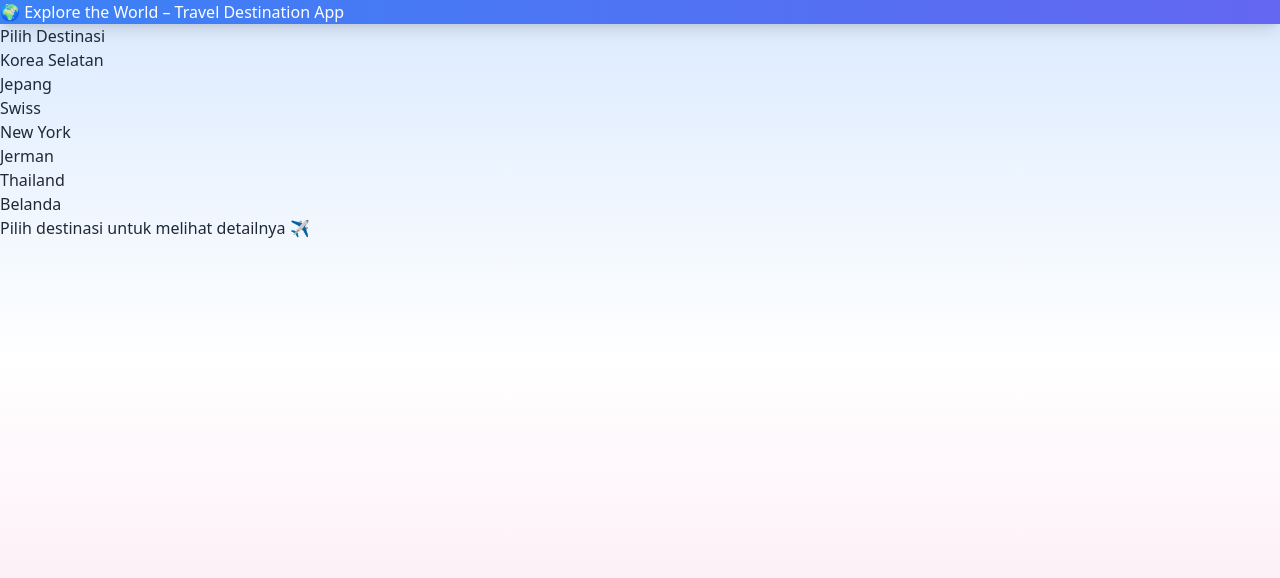
Repository: clara20050224/TravelDestination
Page: /
These files come from the project's save history. The page is drawn as it stood at one moment and after the next save; the edit follows.
The browser window is 1280 px wide. The pictures show the whole page.
The project was rebuilt for these pictures with package versions that can differ from the ones it lists, and the page was loaded fresh each time.

Above is the page before, as saved 2025-10-28 21:23:13.

### index.html
<!DOCTYPE html>
<html lang="en">
  <head>
    <meta charset="UTF-8" />
    <link rel="icon" type="image/svg+xml" href="/vite.svg" />
    <meta name="viewport" content="width=device-width, initial-scale=1.0" />
    <title>Travel Destination App</title>
  </head>
  <body>
    <div id="root"></div>
    <script type="module" src="/src/main.jsx"></script>
  </body>
</html>

### src/App.jsx
import React, { useState } from "react";
import Header from "./components/Header";
import DestinationList from "./components/DestinationList";
import DestinationDetail from "./components/DestinationDetail";

export default function App() {
  const [selectedDestination, setSelectedDestination] = useState(null);

  const destinations = [
    {
      name: "Korea Selatan",
      description: "Negeri ginseng dengan budaya K-pop dan kuliner khas seperti kimchi.",
      image: "https://asset.kompas.com/crops/MEgSzm2u7Yob7JmbQ4GEns53NOg=/0x0:780x520/1200x800/data/photo/2020/09/30/5f749b2c7a20f.png",
    },
    {
      name: "Jepang",
      description: "Negeri sakura dengan teknologi maju dan keindahan kuil tradisional.",
      image: "https://www.peduliwni.com/wp-content/uploads/2023/11/ciri-khas-negara-Jepang.jpg",
    },
    {
      name: "Swiss",
      description: "Negara dengan pegunungan Alpen dan cokelat terbaik di dunia.",
      image: "https://static.promediateknologi.id/crop/0x0:0x0/0x0/webp/photo/p2/117/2023/10/23/55415861-e734-4166-917e-667381f53a57-2908549507.jpg",
    },
    {
      name: "New York",
      description: "Kota yang tidak pernah tidur, pusat budaya dan ekonomi dunia.",
      image: "https://suratdunia.com/wp-content/uploads/sd_old/article/picture/43/new-york-city-Earth-768x414.jpg",
    },
    {
      name: "Jerman",
      description: "Negeri dengan sejarah panjang, kastil indah, dan sosis bratwurst.",
      image: "hhttps://isdayanaputrifinal.wordpress.com/wp-content/uploads/2017/04/wisata-jerman.png?w=584",
    },
    {
      name: "Thailand",
      description: "Negara tropis penuh kuliner lezat dan pantai yang eksotis.",
      image: "https://ik.imagekit.io/tvlk/blog/2025/02/bangkok-mob.png",
    },
    {
      name: "Belanda",
      description: "Negara kincir angin dan bunga tulip yang mempesona.",
      image: "https://img.okezone.com/content/2021/09/20/18/2473841/peneliti-belanda-negara-tertinggi-di-dunia-warganya-semakin-pendek-dfSJvwVGZU.jpg",
    },
  ];

  return (
    <div className="min-h-screen bg-gradient-to-b from-blue-50 to-blue-100 p-6">
      <Header />
      <div className="grid grid-cols-1 md:grid-cols-2 gap-6 mt-6">
        <DestinationList
          destinations={destinations}
          onSelect={setSelectedDestination}
        />
        <DestinationDetail destination={selectedDestination} />
      </div>
    </div>
  );
}

### src/index.css
@tailwind base;
@tailwind components;
@tailwind utilities;

/* 🌍 Custom styles */
body {
  @apply bg-gradient-to-b from-blue-100 via-white to-pink-100
         min-h-screen font-sans text-gray-800;
}

/* Header Styling */
header {
  @apply bg-gradient-to-r from-blue-500 to-indigo-500 text-white shadow-lg;
}

/* Destination Card Styling */
.destination-card {
  @apply bg-white rounded-2xl shadow-md hover:shadow-xl transition-shadow duration-300
         transform hover:scale-105 cursor-pointer;
}

/* Image styling */
.destination-card img {
  @apply w-full h-48 object-cover rounded-t-2xl;
}

/* Destination Title */
.destination-title {
  @apply text-lg font-semibold text-gray-800 mt-3 mb-1;
}

/* Destination Country */
.destination-country {
  @apply text-sm text-gray-500;
}

/* Active Card (Selected Destination) */
.active-card {
  @apply ring-4 ring-blue-400;
}

/* Detail Section */
.destination-detail {
  @apply bg-white p-6 rounded-2xl shadow-xl mt-6 animate-fadeIn;
}

/* Animation */
@keyframes fadeIn {
  from {
    opacity: 0;
    transform: translateY(20px);
  }
  to {
    opacity: 1;
    transform: translateY(0);
  }
}

.animate-fadeIn {
  animation: fadeIn 0.4s ease-in-out;
}

/* Button Style */
.button-primary {
  @apply bg-blue-500 hover:bg-blue-600 text-white px-4 py-2 rounded-lg shadow-md
         transition duration-300 ease-in-out;
}

/* Responsive grid for DestinationList */
.grid-destinations {
  @apply grid grid-cols-1 sm:grid-cols-2 md:grid-cols-3 lg:grid-cols-4 gap-6 mt-6;
}

/* Footer (optional aesthetic) */
footer {
  @apply text-center text-gray-500 text-sm mt-10 pb-6;
}

### src/components/Header.jsx
import React from "react";

export default function Header() {
  return (
    <header className="text-center text-3xl font-bold text-blue-700">
      🌍 Explore the World – Travel Destination App
    </header>
  );
}

### src/components/DestinationList.jsx
import React from "react";

export default function DestinationList({ destinations, onSelect }) {
  return (
    <div className="bg-white rounded-2xl shadow-lg p-4">
      <h2 className="text-2xl font-semibold mb-4 text-gray-700">Pilih Destinasi</h2>
      <ul className="space-y-3">
        {destinations.map((dest, index) => (
          <li
            key={index}
            className="p-3 rounded-xl cursor-pointer hover:bg-blue-100 transition"
            onClick={() => onSelect(dest)}
          >
            <span className="font-medium text-gray-800">{dest.name}</span>
          </li>
        ))}
      </ul>
    </div>
  );
}

### src/components/DestinationDetail.jsx
import React from "react";

export default function DestinationDetail({ destination }) {
  if (!destination) {
    return (
      <div className="bg-white rounded-2xl shadow-lg p-4 text-gray-600 flex items-center justify-center h-full">
        <p>Pilih destinasi untuk melihat detailnya ✈️</p>
      </div>
    );
  }

  return (
    <div className="bg-white rounded-2xl shadow-lg p-4">
      <img
        src={destination.image}
        alt={destination.name}
        className="w-full h-64 object-cover rounded-xl mb-4"
      />
      <h2 className="text-2xl font-bold text-blue-700 mb-2">
        {destination.name}
      </h2>
      <p className="text-gray-700">{destination.description}</p>
    </div>
  );
}

Loaded but not shown: src/main.jsx (common file)

After the next save:
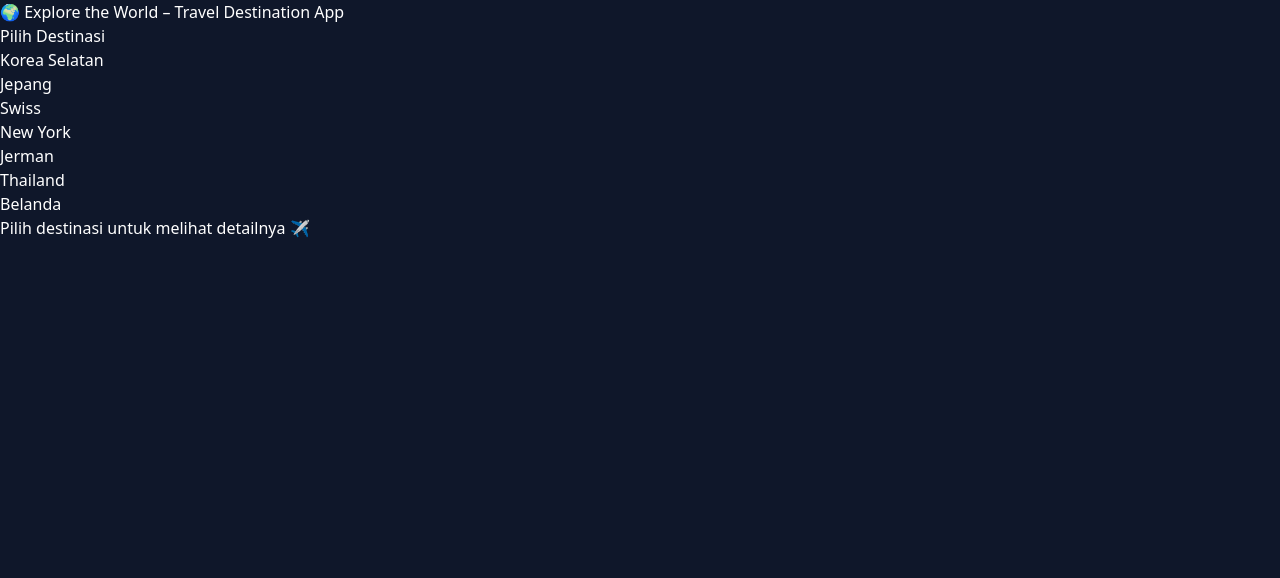
Saved 4 min 54 s later.
--- a/src/index.css
+++ b/src/index.css
@@ -2,76 +2,75 @@
 @tailwind components;
 @tailwind utilities;
 
-/* 🌍 Custom styles */
+/* 🌈 Background global */
 body {
-  @apply bg-gradient-to-b from-blue-100 via-white to-pink-100
-         min-h-screen font-sans text-gray-800;
+  @apply bg-[#0f172a] text-white font-sans min-h-screen;
 }
 
-/* Header Styling */
-header {
-  @apply bg-gradient-to-r from-blue-500 to-indigo-500 text-white shadow-lg;
+/* ✨ Card Style */
+.destination-card {
+  @apply relative flex flex-col items-center justify-center rounded-3xl
+         text-white font-semibold p-6 transition-all duration-500
+         shadow-lg hover:shadow-2xl hover:-translate-y-2 cursor-pointer;
 }
 
-/* Destination Card Styling */
-.destination-card {
-  @apply bg-white rounded-2xl shadow-md hover:shadow-xl transition-shadow duration-300
-         transform hover:scale-105 cursor-pointer;
+/* 🌄 Image style */
+.destination-card img {
+  @apply w-56 h-56 object-contain drop-shadow-2xl transition-transform duration-500;
 }
 
-/* Image styling */
-.destination-card img {
-  @apply w-full h-48 object-cover rounded-t-2xl;
+/* 🧭 Text styling di dalam card */
+.destination-text {
+  @apply absolute top-6 left-6 text-white/90;
 }
 
-/* Destination Title */
-.destination-title {
-  @apply text-lg font-semibold text-gray-800 mt-3 mb-1;
+.destination-text h2 {
+  @apply text-lg font-bold leading-tight;
 }
 
-/* Destination Country */
-.destination-country {
-  @apply text-sm text-gray-500;
+.destination-text span {
+  @apply text-sm font-light;
 }
 
-/* Active Card (Selected Destination) */
-.active-card {
-  @apply ring-4 ring-blue-400;
+/* 🧭 Tombol “Browse” */
+.destination-btn {
+  @apply mt-4 px-6 py-2 rounded-full font-medium transition-all duration-300;
 }
 
-/* Detail Section */
-.destination-detail {
-  @apply bg-white p-6 rounded-2xl shadow-xl mt-6 animate-fadeIn;
+.destination-btn.red {
+  @apply bg-red-500 hover:bg-red-600 text-white;
 }
 
-/* Animation */
-@keyframes fadeIn {
-  from {
-    opacity: 0;
-    transform: translateY(20px);
-  }
-  to {
-    opacity: 1;
-    transform: translateY(0);
-  }
+.destination-btn.white {
+  @apply bg-white text-gray-800 hover:bg-gray-200;
 }
 
-.animate-fadeIn {
-  animation: fadeIn 0.4s ease-in-out;
+/* ✨ Grid layout */
+.grid-destinations {
+  @apply grid grid-cols-1 sm:grid-cols-2 lg:grid-cols-3 xl:grid-cols-4 gap-8 p-10;
 }
 
-/* Button Style */
-.button-primary {
-  @apply bg-blue-500 hover:bg-blue-600 text-white px-4 py-2 rounded-lg shadow-md
-         transition duration-300 ease-in-out;
+/* 🎨 Warna background berbeda untuk tiap kategori */
+.bg-red-card {
+  @apply bg-gradient-to-br from-red-500 to-red-700;
 }
 
-/* Responsive grid for DestinationList */
-.grid-destinations {
-  @apply grid grid-cols-1 sm:grid-cols-2 md:grid-cols-3 lg:grid-cols-4 gap-6 mt-6;
+.bg-yellow-card {
+  @apply bg-gradient-to-br from-yellow-400 to-amber-500;
 }
 
-/* Footer (optional aesthetic) */
-footer {
-  @apply text-center text-gray-500 text-sm mt-10 pb-6;
+.bg-blue-card {
+  @apply bg-gradient-to-br from-blue-500 to-indigo-500;
 }
+
+.bg-green-card {
+  @apply bg-gradient-to-br from-emerald-400 to-green-600;
+}
+
+.bg-gray-card {
+  @apply bg-gradient-to-br from-gray-200 to-gray-300 text-gray-800;
+}
+
+.bg-black-card {
+  @apply bg-gradient-to-br from-black to-gray-800;
+}
